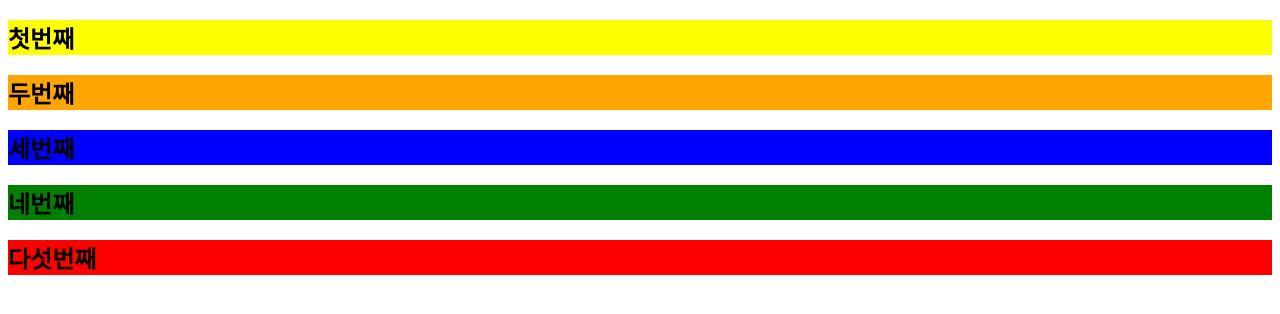
Repository: pvntlc/D-IT-Tech-Internship
Page: Servlet_JSP/Day5/src/main/webapp/jQuery/2-4.함수2.html
These files come from the project's save history. The page is drawn as it stood at one moment and after the next save; the edit follows.
The browser window is 1280 px wide. The pictures show the whole page.

Above is the page before, as saved 2023-09-15 05:35:42.

After the next save:
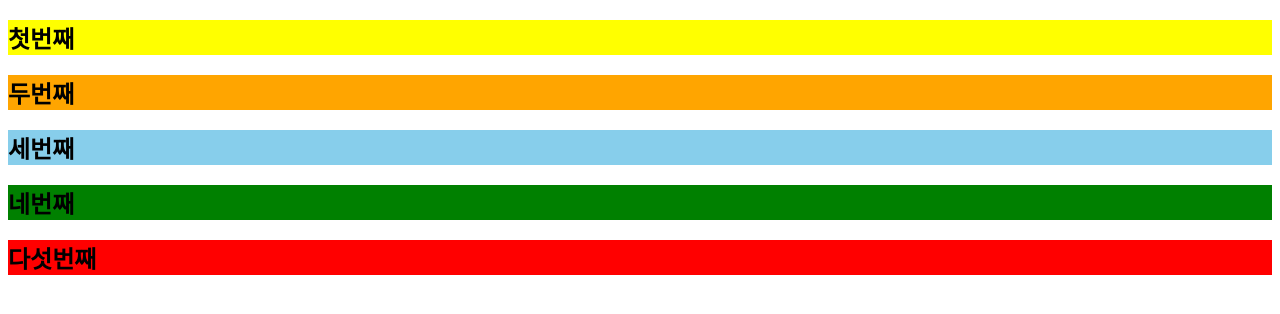
Saved 9 min 51 s later.
--- a/Servlet_JSP/Day5/src/main/webapp/jQuery/2-4.함수2.html
+++ b/Servlet_JSP/Day5/src/main/webapp/jQuery/2-4.함수2.html
@@ -14,7 +14,7 @@
 		}
 
 		.high-light-2 {
-			background: blue;
+			background: skyblue;
 		}
 
 		.high-light-3 {
